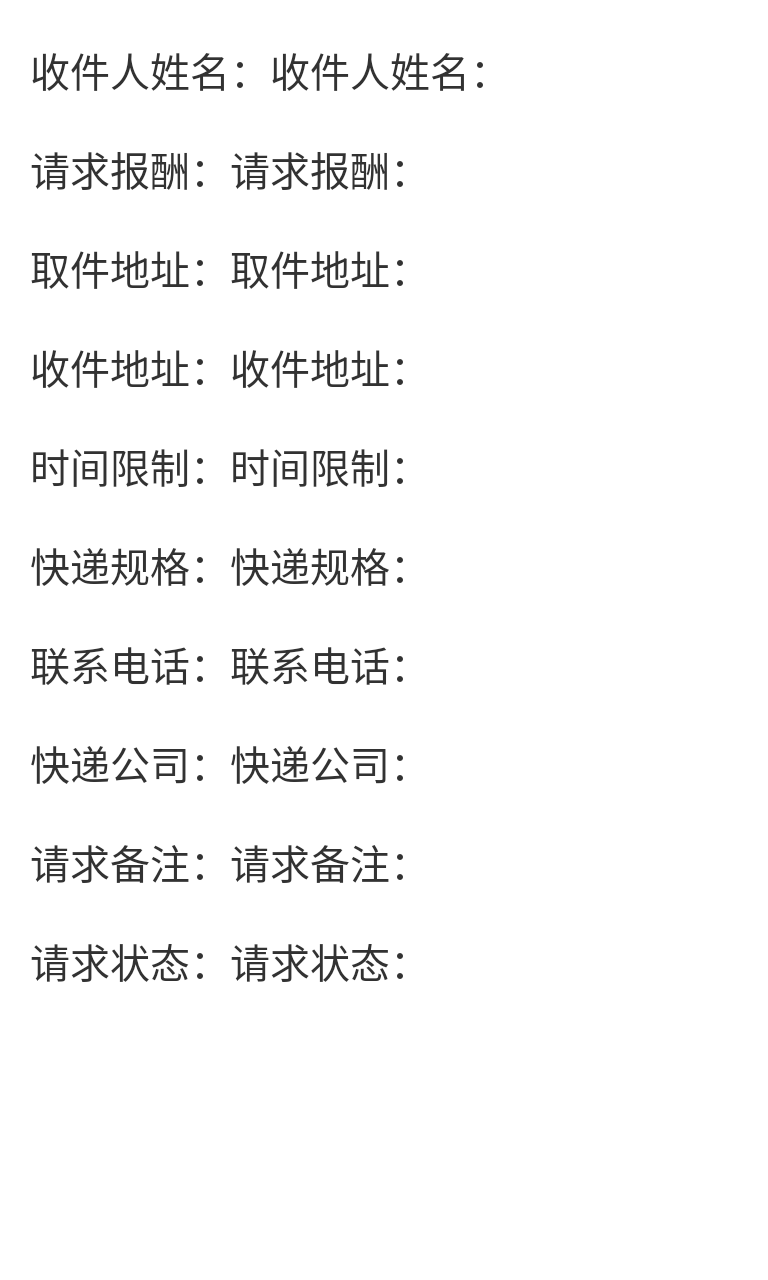
Repository: fariashen/campus-express
Layout: easyCourier/res/layout/activity_showrequestallinfo.xml
The author's editor kept a copy of each file at every save. The layout is drawn from the files as they stood at one save, then again after the next save.
It is drawn on a 768 x 1280 px phone screen (xhdpi) without system bars, with theme AppTheme; the app's code is not run. The app's manifest (not shown) leaves right-to-left support off. So textAlignment, textDirection and layoutDirection are ignored, and left and right values win over start and end ones.

Above is the layout before, as saved 2016-04-25 14:02:30.

### easyCourier/res/layout/activity_showrequestallinfo.xml
<?xml version="1.0" encoding="utf-8"?>
<ScrollView xmlns:android="http://schemas.android.com/apk/res/android"
    android:layout_width="fill_parent"
    android:layout_height="fill_parent"
    android:fadingEdge="vertical"
    android:scrollbars="vertical" >

    <RelativeLayout
        android:layout_width="match_parent"
        android:layout_height="match_parent"
        android:paddingLeft="15dp"
        android:paddingTop="10dp" >

        <TextView
            android:id="@+id/tv_tip_SRAI_CourierName"
            android:layout_width="wrap_content"
            android:layout_height="wrap_content"
            android:gravity="center"
            android:paddingBottom="10dp"
            android:paddingTop="10dp"
            android:text="快递员用户名："
            android:textSize="20sp"
            android:visibility="gone" />

        <TextView
            android:id="@+id/tv_SRAI_CourierName"
            android:layout_width="wrap_content"
            android:layout_height="wrap_content"
            android:layout_toEndOf="@id/tv_tip_SRAI_CourierName"
            android:gravity="center"
            android:paddingBottom="10dp"
            android:paddingTop="10dp"
            android:text="快递员用户名："
            android:textSize="20sp"
            android:visibility="gone" />

        <TextView
            android:id="@+id/tv_tip_SRAI_NickName"
            android:layout_width="wrap_content"
            android:layout_height="wrap_content"
            android:layout_below="@id/tv_tip_SRAI_CourierName"
            android:gravity="center"
            android:paddingBottom="10dp"
            android:paddingTop="10dp"
            android:text="收件人姓名："
            android:textSize="20sp" />

        <TextView
            android:id="@+id/tv_SRAI_NickName"
            android:layout_width="wrap_content"
            android:layout_height="wrap_content"
            android:layout_below="@id/tv_SRAI_CourierName"
            android:layout_toEndOf="@id/tv_tip_SRAI_NickName"
            android:gravity="center"
            android:paddingBottom="10dp"
            android:paddingTop="10dp"
            android:text="收件人姓名："
            android:textSize="20sp" />

        <TextView
            android:id="@+id/tv_tip_SRAI_Reward"
            android:layout_width="wrap_content"
            android:layout_height="wrap_content"
            android:layout_below="@id/tv_tip_SRAI_NickName"
            android:gravity="center"
            android:paddingBottom="10dp"
            android:paddingTop="10dp"
            android:text="请求报酬："
            android:textSize="20sp" />

        <TextView
            android:id="@+id/tv_SRAI_Reward"
            android:layout_width="wrap_content"
            android:layout_height="wrap_content"
            android:layout_below="@id/tv_tip_SRAI_NickName"
            android:layout_toEndOf="@id/tv_tip_SRAI_Reward"
            android:gravity="center"
            android:paddingBottom="10dp"
            android:paddingTop="10dp"
            android:text="请求报酬："
            android:textSize="20sp" />

        <TextView
            android:id="@+id/tv_tip_SRAI_AddForm"
            android:layout_width="wrap_content"
            android:layout_height="wrap_content"
            android:layout_below="@id/tv_tip_SRAI_Reward"
            android:gravity="center"
            android:paddingBottom="10dp"
            android:paddingTop="10dp"
            android:text="取件地址："
            android:textSize="20sp" />

        <TextView
            android:id="@+id/tv_SRAI_AddForm"
            android:layout_width="wrap_content"
            android:layout_height="wrap_content"
            android:layout_below="@id/tv_tip_SRAI_Reward"
            android:layout_toEndOf="@id/tv_tip_SRAI_AddForm"
            android:gravity="center"
            android:paddingBottom="10dp"
            android:paddingTop="10dp"
            android:text="取件地址："
            android:textSize="20sp" />

        <TextView
            android:id="@+id/tv_tip_SRAI_AddTo"
            android:layout_width="wrap_content"
            android:layout_height="wrap_content"
            android:layout_below="@id/tv_tip_SRAI_AddForm"
            android:gravity="center"
            android:paddingBottom="10dp"
            android:paddingTop="10dp"
            android:text="收件地址："
            android:textSize="20sp" />

        <TextView
            android:id="@+id/tv_SRAI_AddTo"
            android:layout_width="wrap_content"
            android:layout_height="wrap_content"
            android:layout_below="@id/tv_tip_SRAI_AddForm"
            android:layout_toEndOf="@id/tv_tip_SRAI_AddTo"
            android:gravity="center"
            android:paddingBottom="10dp"
            android:paddingTop="10dp"
            android:text="收件地址："
            android:textSize="20sp" />

        <TextView
            android:id="@+id/tv_tip_SRAI_TimeLimit"
            android:layout_width="wrap_content"
            android:layout_height="wrap_content"
            android:layout_below="@id/tv_tip_SRAI_AddTo"
            android:gravity="center"
            android:paddingBottom="10dp"
            android:paddingTop="10dp"
            android:text="时间限制："
            android:textSize="20sp" />

        <TextView
            android:id="@+id/tv_SRAI_TimeLimit"
            android:layout_width="wrap_content"
            android:layout_height="wrap_content"
            android:layout_below="@id/tv_tip_SRAI_AddTo"
            android:layout_toEndOf="@id/tv_tip_SRAI_TimeLimit"
            android:gravity="center"
            android:paddingBottom="10dp"
            android:paddingTop="10dp"
            android:text="时间限制："
            android:textSize="20sp" />

        <TextView
            android:id="@+id/tv_tip_SRAI_Size"
            android:layout_width="wrap_content"
            android:layout_height="wrap_content"
            android:layout_below="@id/tv_tip_SRAI_TimeLimit"
            android:gravity="center"
            android:paddingBottom="10dp"
            android:paddingTop="10dp"
            android:text="快递规格："
            android:textSize="20sp" />

        <TextView
            android:id="@+id/tv_SRAI_Size"
            android:layout_width="wrap_content"
            android:layout_height="wrap_content"
            android:layout_below="@id/tv_tip_SRAI_TimeLimit"
            android:layout_toEndOf="@id/tv_tip_SRAI_Size"
            android:gravity="center"
            android:paddingBottom="10dp"
            android:paddingTop="10dp"
            android:text="快递规格："
            android:textSize="20sp" />

        <TextView
            android:id="@+id/tv_tip_SRAI_Phone"
            android:layout_width="wrap_content"
            android:layout_height="wrap_content"
            android:layout_below="@id/tv_tip_SRAI_Size"
            android:gravity="center"
            android:paddingBottom="10dp"
            android:paddingTop="10dp"
            android:text="联系电话："
            android:textSize="20sp" />

        <TextView
            android:id="@+id/tv_SRAI_Phone"
            android:layout_width="wrap_content"
            android:layout_height="wrap_content"
            android:layout_below="@id/tv_tip_SRAI_Size"
            android:layout_toEndOf="@id/tv_tip_SRAI_Phone"
            android:gravity="center"
            android:paddingBottom="10dp"
            android:paddingTop="10dp"
            android:text="联系电话："
            android:textSize="20sp" />

        <TextView
            android:id="@+id/tv_tip_SRAI_Kinds"
            android:layout_width="wrap_content"
            android:layout_height="wrap_content"
            android:layout_below="@id/tv_tip_SRAI_Phone"
            android:gravity="center"
            android:paddingBottom="10dp"
            android:paddingTop="10dp"
            android:text="快递公司："
            android:textSize="20sp" />

        <TextView
            android:id="@+id/tv_SRAI_Kinds"
            android:layout_width="wrap_content"
            android:layout_height="wrap_content"
            android:layout_below="@id/tv_tip_SRAI_Phone"
            android:layout_toEndOf="@id/tv_tip_SRAI_Kinds"
            android:gravity="center"
            android:paddingBottom="10dp"
            android:paddingTop="10dp"
            android:text="快递公司："
            android:textSize="20sp" />

        <TextView
            android:id="@+id/tv_tip_SRAI_Remarks"
            android:layout_width="wrap_content"
            android:layout_height="wrap_content"
            android:layout_below="@id/tv_tip_SRAI_Kinds"
            android:gravity="center"
            android:paddingBottom="10dp"
            android:paddingTop="10dp"
            android:text="请求备注："
            android:textSize="20sp" />

        <TextView
            android:id="@+id/tv_SRAI_Remarks"
            android:layout_width="wrap_content"
            android:layout_height="wrap_content"
            android:layout_below="@id/tv_tip_SRAI_Kinds"
            android:layout_toEndOf="@id/tv_tip_SRAI_Remarks"
            android:gravity="center"
            android:paddingBottom="10dp"
            android:paddingTop="10dp"
            android:text="请求备注："
            android:textSize="20sp" />

        <TextView
            android:id="@+id/tv_tip_SRAI_State"
            android:layout_width="wrap_content"
            android:layout_height="wrap_content"
            android:layout_below="@id/tv_tip_SRAI_Remarks"
            android:gravity="center"
            android:paddingBottom="10dp"
            android:paddingTop="10dp"
            android:text="请求状态："
            android:textSize="20sp" />

        <TextView
            android:id="@+id/tv_SRAI_State"
            android:layout_width="wrap_content"
            android:layout_height="wrap_content"
            android:layout_below="@id/tv_tip_SRAI_Remarks"
            android:layout_toEndOf="@id/tv_tip_SRAI_State"
            android:gravity="center"
            android:paddingBottom="10dp"
            android:paddingTop="10dp"
            android:text="请求状态："
            android:textSize="20sp" />

            <LinearLayout
        android:layout_width="fill_parent"
        android:layout_height="wrap_content"
        android:layout_below="@id/tv_SRAI_State"
        android:gravity="center" >

        <Button
            android:id="@+id/bt_SRAI_Function"
            android:layout_width="wrap_content"
            android:layout_height="wrap_content"
            android:visibility="gone"
            android:gravity="center"
            android:text="功能按钮"
            android:textSize="20sp" />
    </LinearLayout>
    </RelativeLayout>

</ScrollView>

Loaded but not shown: easyCourier/res/values/styles.xml (common file); easyCourier/res/values-v11/styles.xml (common file); easyCourier/res/values-v14/styles.xml (common file)

After the next save:
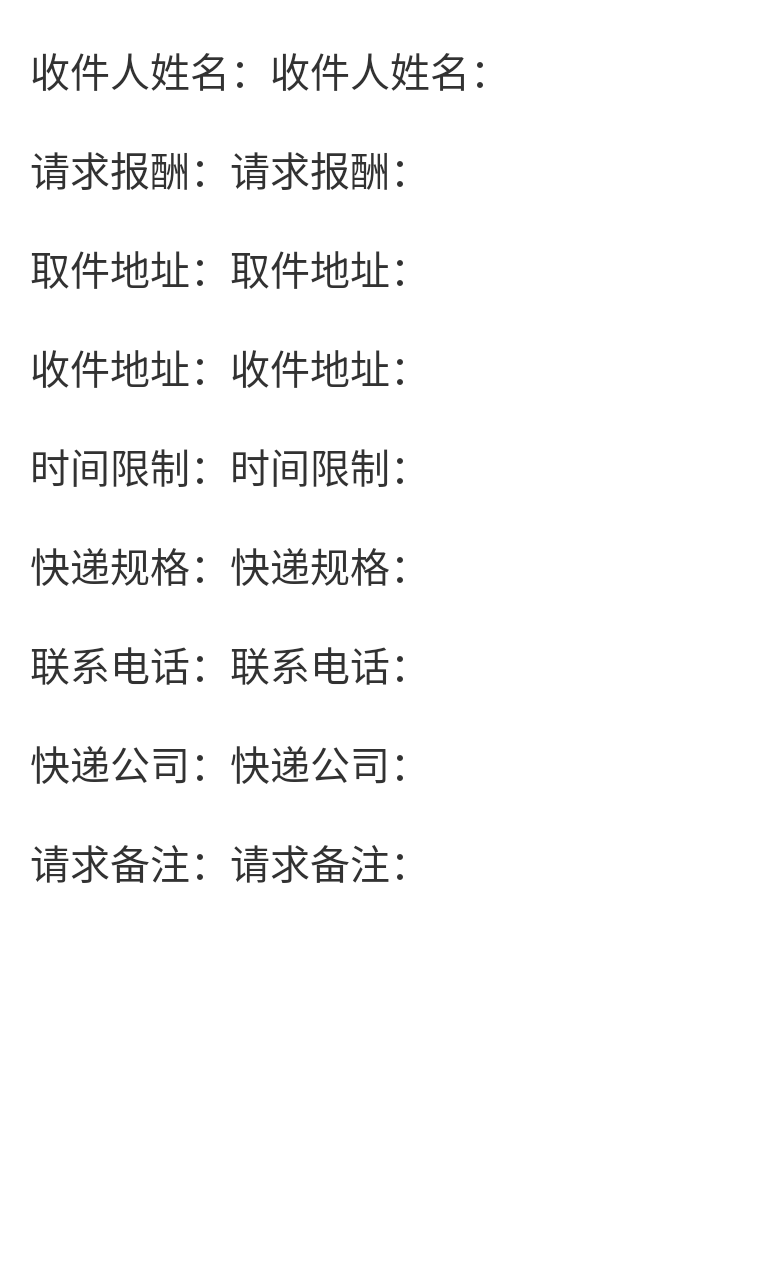
Saved 14 min 50 s later.
--- a/easyCourier/res/layout/activity_showrequestallinfo.xml
+++ b/easyCourier/res/layout/activity_showrequestallinfo.xml
@@ -246,6 +246,7 @@
             android:layout_width="wrap_content"
             android:layout_height="wrap_content"
             android:layout_below="@id/tv_tip_SRAI_Remarks"
+            android:visibility="gone"
             android:gravity="center"
             android:paddingBottom="10dp"
             android:paddingTop="10dp"
@@ -256,6 +257,7 @@
             android:id="@+id/tv_SRAI_State"
             android:layout_width="wrap_content"
             android:layout_height="wrap_content"
+            android:visibility="gone"
             android:layout_below="@id/tv_tip_SRAI_Remarks"
             android:layout_toEndOf="@id/tv_tip_SRAI_State"
             android:gravity="center"
